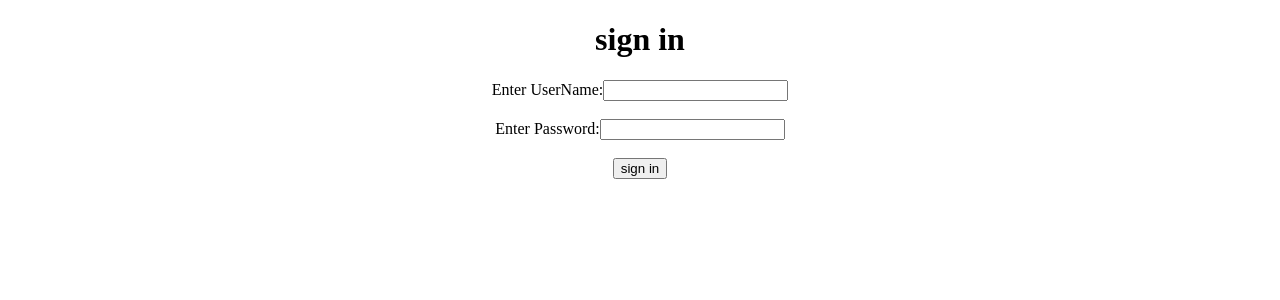
Repository: PRANAVBR/MLA_Training
Page: MLA_Java/GMail/src/main/webapp/login.html
An editor plug-in stored every save of this project. The page is shown before and after the next save, followed by the edit.
The browser window is 1280 px wide. The pictures show the whole page.

Above is the page before, as saved 2026-02-14 06:07:26.

### MLA_Java/GMail/src/main/webapp/login.html
<!DOCTYPE html>
<html>
<head>
<meta charset="UTF-8">
<title>sign in</title>
</head>
<body>
	<h1 align ="center">sign in</h1>
	<center>
		Enter UserName:<input type="text" name = "user"><br><br>
		Enter Password:<input type = "text" name="password"><br><br>
			<input type = "submit" value = "sign in">
	</center>


</body>
</html>

After the next save:
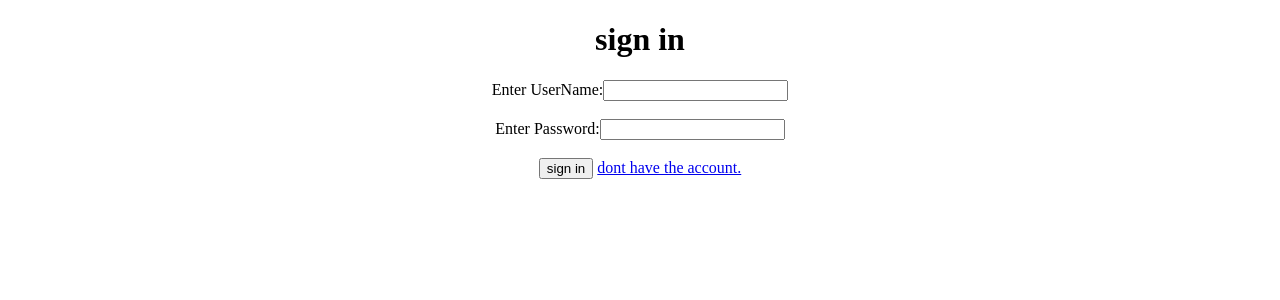
Saved 60 s later.
--- a/MLA_Java/GMail/src/main/webapp/login.html
+++ b/MLA_Java/GMail/src/main/webapp/login.html
@@ -10,8 +10,8 @@
 		Enter UserName:<input type="text" name = "user"><br><br>
 		Enter Password:<input type = "text" name="password"><br><br>
 			<input type = "submit" value = "sign in">
+
+			<a href = "register.html"> dont have the account.</a>
 	</center>
-
-
 </body>
 </html>
